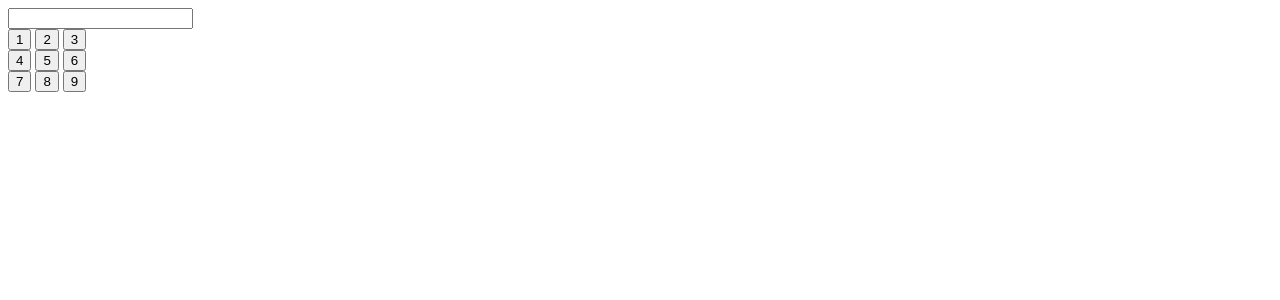
Repository: jun01270/calculator
Page: caculator.html
The author's editor kept a copy of each file at every save. The page is drawn from the files as they stood at one save, then again after the next save.
The browser window is 1280 px wide. The pictures show the whole page.

Above is the page before, as saved 2023-07-31 17:51:31.

After the next save:
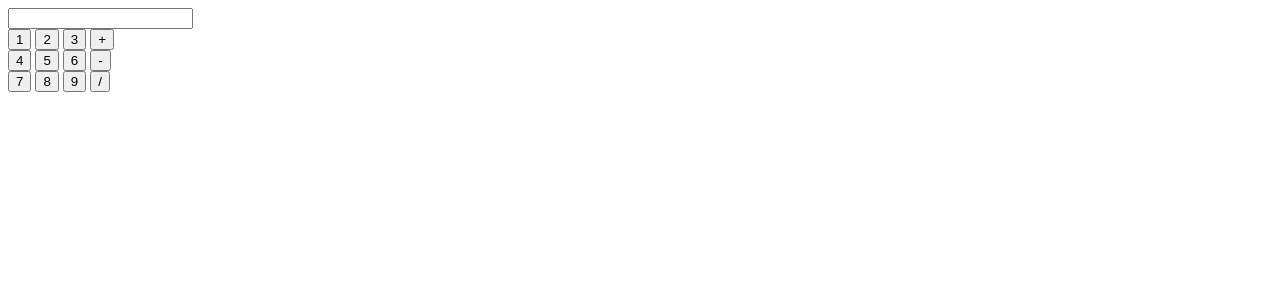
Saved 24 s later.
--- a/caculator.html
+++ b/caculator.html
@@ -11,16 +11,19 @@
       <button>1</button>
       <button>2</button>
       <button>3</button>
+      <button>+</button>
     </div>
     <div class="row">
       <button>4</button>
       <button>5</button>
       <button>6</button>
+      <button>-</button>
     </div>
     <div class="row">
       <button>7</button>
       <button>8</button>
       <button>9</button>
+      <button>/</button>
     </div>
   </body>
 </html>
